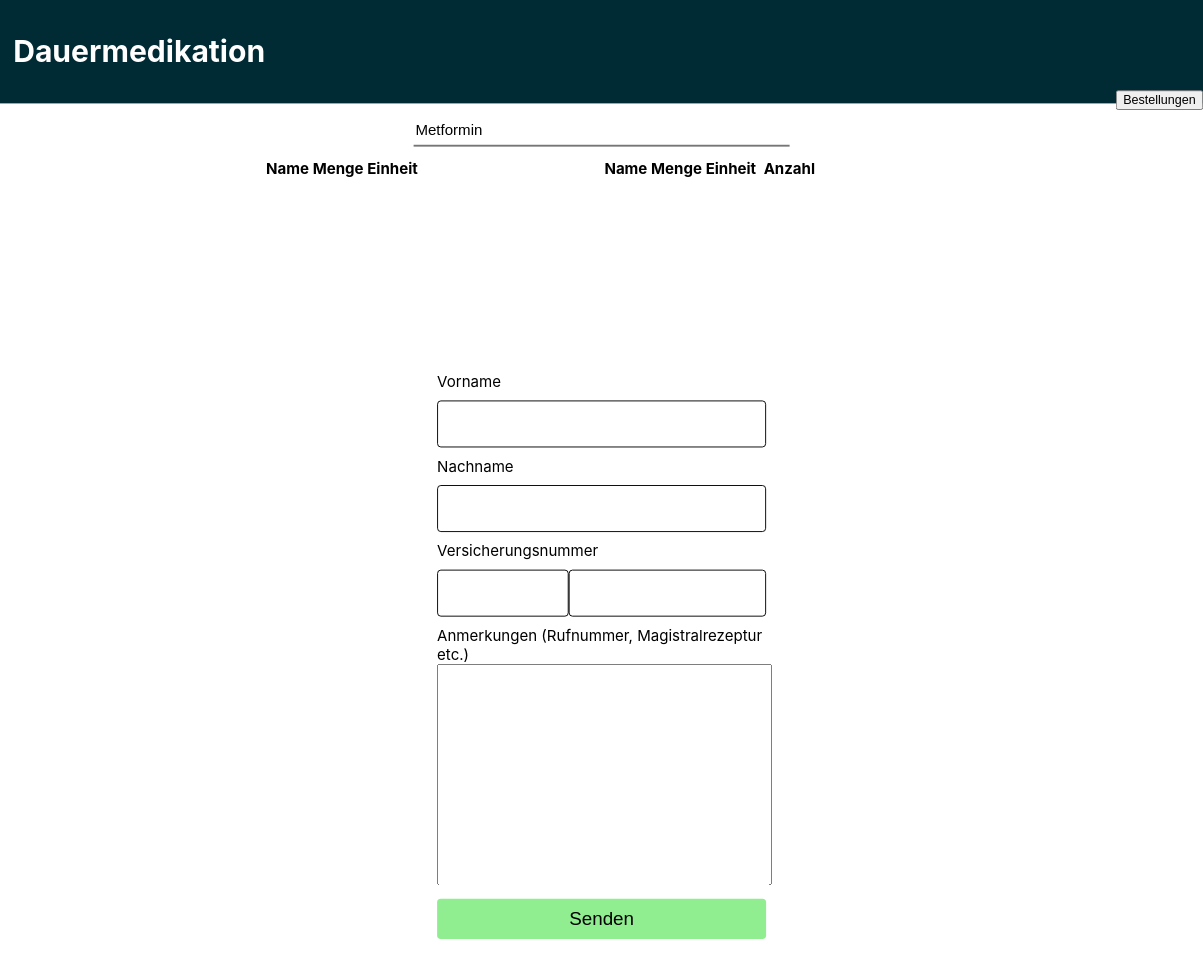
Repository: Esatollah/MedDemo
Page: / (app in client/)
An editor plug-in stored every save of this project. The page is shown before and after the next save, followed by the edit.
The browser window is 1280 px wide. The pictures show the whole page, at 94% of full size.
The page's requests for data from a server got no answer. The project was rebuilt for these pictures with package versions that can differ from the ones it lists, and the page was loaded fresh each time. No one was signed in, and anything a server would have sent is missing. Also part of the build but not shown: client/src/Routes/Bestellungen.jsx.

Above is the page before, as saved 2022-06-10 17:07:51.

After the next save:
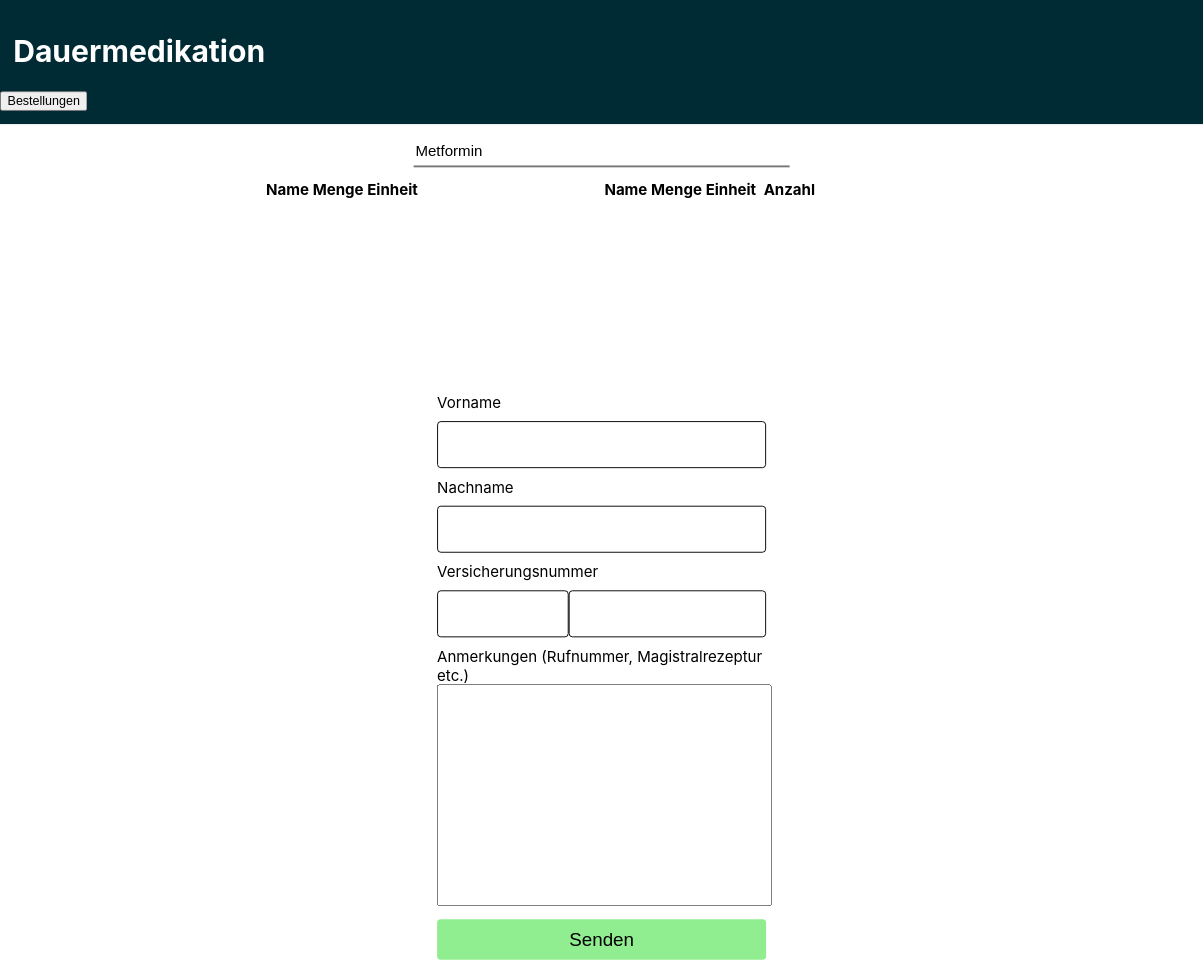
Saved 20 s later.
--- a/client/src/components/Navbar.jsx
+++ b/client/src/components/Navbar.jsx
@@ -2,7 +2,6 @@ import React from 'react'
 import { NavWrap } from '../Styles/NavbarStyles'
 const Navbar = (props) => {
   const btnStyle = {
-    float:"right",
     backgroundcolor: "white"
   }
 
